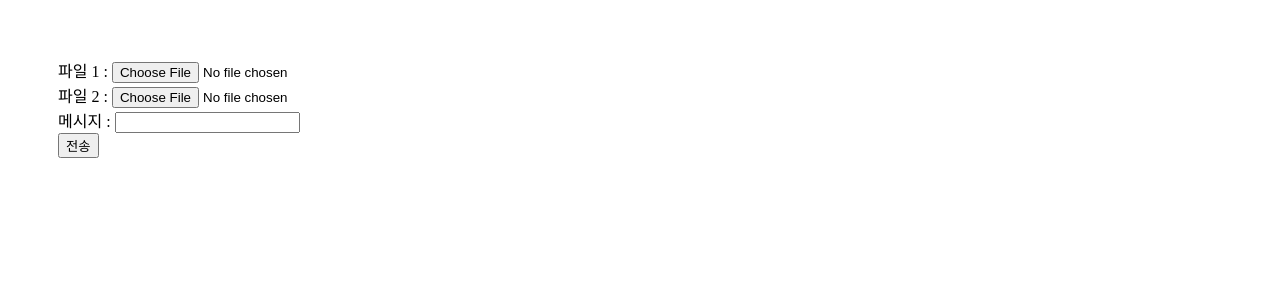
Repository: yeobinJeong/demoweb
Page: http://localhost/example-web/jspdemo/07.fileuploadform.jsp
These files come from the project's save history. The page is drawn as it stood at one moment and after the next save; the edit follows.
The browser window is 1280 px wide. The pictures show the whole page.
The page is served by Tomcat 9.

Above is the page before, as saved 2016-04-11 02:15:15.

After the next save:
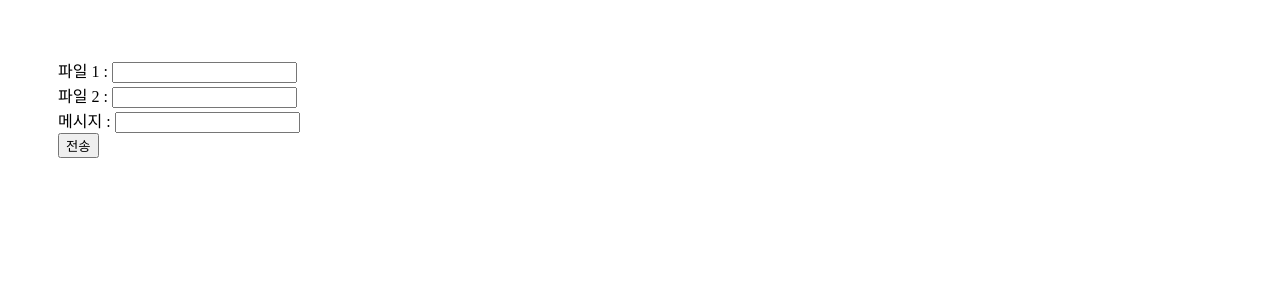
Saved 15 min 3 s later.
--- a/example-web/WebContent/jspdemo/07.fileuploadform.jsp
+++ b/example-web/WebContent/jspdemo/07.fileuploadform.jsp
@@ -9,10 +9,10 @@
 <body>
 	<div style="padding:50px">
 	<form action="07.fileupload.jsp"
-		  method="post"
-		  enctype="multipart/form-data">
-		파일 1 : <input type="file" name="file1" /><br />
-		파일 2 : <input type="file" name="file2" /><br />
+		  method=""
+		  enctype="">
+		파일 1 : <input type="" name="file1" /><br />
+		파일 2 : <input type="" name="file2" /><br />
 		메시지 : <input type="text" name="message" /><br />
 		<input type="submit" value="전송" />
 	</form>
